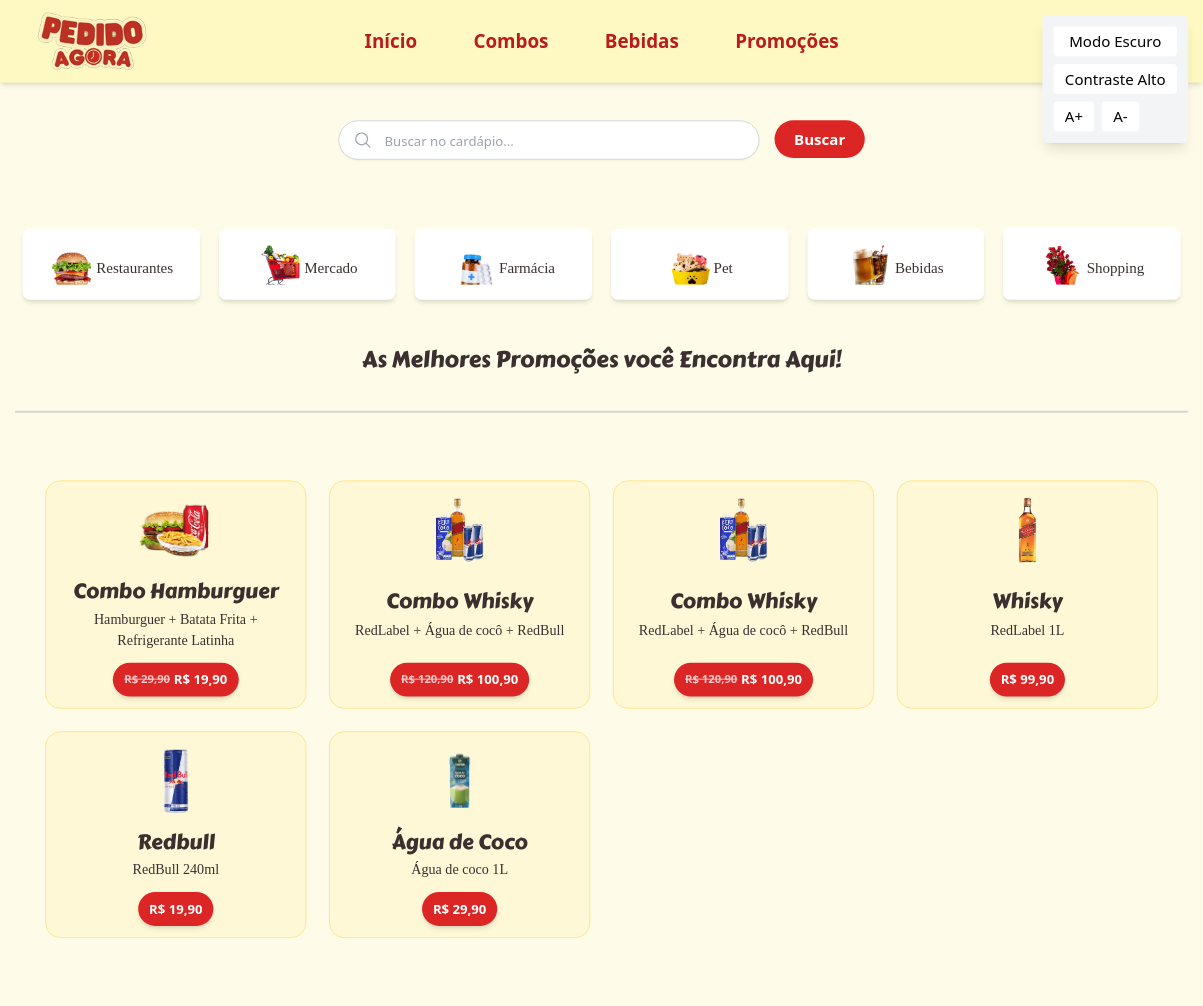
Repository: edufilhocruz/pedidoagora
Page: /pagePromocoes
The author's editor kept a copy of each file at every save. The page is drawn from the files as they stood at one save, then again after the next save.
The browser window is 1280 px wide. The pictures show the whole page, at 94% of full size.
Some web fonts or font styles are not loaded; a fallback is used. The project was rebuilt for these pictures with package versions that can differ from the ones it lists, and the page was loaded fresh each time. The framework's server and built-in components were replaced by stand-ins that run in the browser. Also part of the build but not shown: next.config.mjs, src/components/CardsRestaurantes.jsx.

Above is the page before, as saved 2025-06-21 20:55:14.

### src/app/layout.jsx
import "../app/globals.css";
import ThemeAndAccessibility from "../components/ThemeAndAccessibility";

export const metadata = {
  title: "Pedido Agora",
  description: "Faça seu pedido agora!",
};

export default function RootLayout({ children }) {
  return (
    <html lang="pt-BR" suppressHydrationWarning>
      <head>
        <link
          href="https://fonts.googleapis.com/css2?family=Quicksand:wght@400&family=Carter+One&family=RocknRoll+One&family=Paytone+One&family=Inter:wght@400;700&display=swap"
          rel="stylesheet"
        />
      </head>
      <body className="antialiased bg-yellow-50 text-black dark:bg-gray-900 dark:text-white">
        <ThemeAndAccessibility />
        {children}
      </body>
    </html>
  );
}

### src/app/pagePromocoes/page.jsx
'use client';

import PagePromocoes from '../../components/PagePromocoes/PagePromocoes';
import Header from '../../components/Header';

export default function pagePromocoes(){
    return(
        <main>
            <Header/>
            <PagePromocoes/>
        </main>
    )
}

### src/app/globals.css
@import url("https://fonts.googleapis.com/css2?family=Carter+One&family=Inter:wght@500&family=Lisu+Bosa&family=Paytone+One&family=Quicksand:wght@400;500&family=RocknRoll_One&family=Roboto:wght@500;600&family=Squada+One&display=swap");

@tailwind base;
@tailwind components;
@tailwind utilities;

body {
  margin: 0;
  padding: 0;
}

.login {
  background-image: url("/images/background-pattern.png");
  background-repeat: repeat;
  background-color: #eedd97;
  transition: background-color 0.3s, color 0.3s;
}
.cadastroform {
  background-image: url("/images/background-pattern.png");
  background-repeat: repeat;
  background-color: #eedd97;
  transition: background-color 0.3s, color 0.3s;
}
.space-y-50 > * + * {
  margin-top: 50px;
}

/* Outras personalizações, se necessário */
.focus\:outline-none:focus {
  outline: 2px solid transparent;
}

input[type="range"] {
  -webkit-appearance: none;
  appearance: none;
  height: 12px;
  border-radius: 6px;
  outline: none;
}

input[type="range"]::-webkit-slider-thumb {
  -webkit-appearance: none;
  appearance: none;
  width: 36.48px;
  height: 40.54px;
  background: #ef2a39;
  border: 3px solid #ffffff;
  box-shadow: 0px 2px 25px rgba(255, 153, 0, 0.25);
  border-radius: 4px;
  cursor: pointer;
}

input[type="range"]::-moz-range-thumb {
  width: 36.48px;
  height: 40.54px;
  background: #ef2a39;
  border: 3px solid #ffffff;
  box-shadow: 0px 2px 25px rgba(255, 153, 0, 0.25);
  border-radius: 4px;
  cursor: pointer;
}

.no-scrollbar::-webkit-scrollbar {
  display: none;
}

.no-scrollbar {
  -ms-overflow-style: none;
  scrollbar-width: none;
}

### src/components/ThemeAndAccessibility.jsx
'use client';

import { useEffect, useState } from 'react';

export default function ThemeAndAccessibility() {
  const [isDarkMode, setIsDarkMode] = useState(false);
  const [highContrast, setHighContrast] = useState(false);
  const [fontSize, setFontSize] = useState(100); // em %

  const toggleDarkMode = () => {
    const newMode = !isDarkMode;
    setIsDarkMode(newMode);
    document.documentElement.classList.toggle('dark', newMode);
  };

  const toggleHighContrast = () => {
    const newContrast = !highContrast;
    setHighContrast(newContrast);
    document.documentElement.classList.toggle('high-contrast', newContrast);
  };

  const increaseFontSize = () => {
    const newSize = fontSize + 10;
    setFontSize(newSize);
    document.documentElement.style.fontSize = `${newSize}%`;
  };

  const decreaseFontSize = () => {
    const newSize = Math.max(80, fontSize - 10);
    setFontSize(newSize);
    document.documentElement.style.fontSize = `${newSize}%`;
  };

  // Reset para garantir que a fonte seja aplicada na primeira renderização
  useEffect(() => {
    document.documentElement.style.fontSize = `${fontSize}%`;
  }, [fontSize]);

  return (
    <div className="fixed top-4 right-4 z-50 flex flex-col space-y-2 bg-gray-100 dark:bg-gray-800 p-3 rounded-md shadow-lg">
      <button
        onClick={toggleDarkMode}
        className="bg-white dark:bg-gray-700 text-black dark:text-white px-3 py-1 rounded hover:bg-gray-200 dark:hover:bg-gray-600"
      >
        {isDarkMode ? 'Modo Claro' : 'Modo Escuro'}
      </button>
      <button
        onClick={toggleHighContrast}
        className="bg-white dark:bg-gray-700 text-black dark:text-white px-3 py-1 rounded hover:bg-gray-200 dark:hover:bg-gray-600"
      >
        {highContrast ? 'Contraste Normal' : 'Contraste Alto'}
      </button>
      <div className="flex space-x-2">
        <button
          onClick={increaseFontSize}
          className="bg-white dark:bg-gray-700 text-black dark:text-white px-3 py-1 rounded hover:bg-gray-200 dark:hover:bg-gray-600"
        >
          A+
        </button>
        <button
          onClick={decreaseFontSize}
          className="bg-white dark:bg-gray-700 text-black dark:text-white px-3 py-1 rounded hover:bg-gray-200 dark:hover:bg-gray-600"
        >
          A-
        </button>
      </div>
    </div>
  );
}

### src/components/PagePromocoes/PagePromocoes.jsx
import { MagnifyingGlassIcon } from '@heroicons/react/24/solid';
import Cards from '../CardsRestaurantes';
import CardsPromocoes from '../PagePromocoes/CardsPromocoes';
import SideBarHeader from '../SideBarHeader';

export default function PopularItems() {

  return (
    <section className="max-w-7xl mx-auto px-4 py-10">
      {/* Barra de Pesquisa */}
      <div className="flex justify-center mb-8">
        <div className="relative w-full max-w-md">
          <MagnifyingGlassIcon className="absolute left-4 top-1/2 transform -translate-y-1/2 text-gray-400 w-5 h-5" />
          <input
            type="text"
            placeholder="Buscar no cardápio..."
            className="w-full pl-12 pr-4 py-2 rounded-full border border-gray-300 shadow-sm focus:outline-none focus:ring-2 focus:ring-red-400 focus:border-transparent placeholder:text-sm"
          />

        </div>
        <div className='ml-4'>
          <button className=" w-24 bg-red-600 text-white font-semibold py-2 rounded-full hover:bg-red-700 transition-colors">
            Buscar
          </button>
        </div>
      </div>

      <div className="mt-16">
        <SideBarHeader/>
      </div>

      <div className="mt-10">
        <h2 className="text-[#3C2F2F] font-['Carter_One'] text-[24px] leading-tight text-center mb-10">
          As Melhores Promoções você Encontra Aqui!
        </h2>
        <hr class="my-10 border-t-2 border-gray-300"></hr>
      </div>
      <div className="">
        <CardsPromocoes/>
      </div>
    </section>
  );
}

### src/components/Header.jsx
'use client';
import { useState } from 'react';
import { Bars3Icon } from '@heroicons/react/24/outline';
import Link from 'next/link';
//import ThemeAndAccessibility from './ThemeAndAccessibility';

export default function Header() {
  const [menuOpen, setMenuOpen] = useState(false);
  const toggleMenu = () => setMenuOpen(!menuOpen);

  return (
    <header className="px-6 py-3 bg-yellow-100 shadow-md">
      <div className="relative flex items-center justify-between h-16 mx-auto max-w-7xl">

        {/* Left: Mobile Menu Icon + Logo */}
        <div className="flex items-center space-x-4 lg:flex-1">
          {/* Mobile menu button */}
          <button onClick={toggleMenu} className="block lg:hidden" aria-label="Abrir menu">
            <Bars3Icon className="w-6 h-6 text-red-700" />
          </button>

          {/* Logo (visível sempre) */}
          <Link href="/" className="flex items-center">
            <img
              src="/images/logo.png"
              alt="Pedido Agora"
              className="w-auto h-16"
            />
          </Link>
        </div>

        {/* Center: Desktop Menu */}
        <nav className="hidden lg:flex justify-center items-center space-x-[60px] text-red-700 font-semibold text-xl">
          <a href="/restaurantes">Início</a>
          <a href="/pageCombo">Combos</a>
          <a href="/pageBebidas">Bebidas</a>
          <a href="/pagePromocoes">Promoções</a>
        </nav>

        {/* Right: User Icon */}
        <div className="flex items-center justify-end lg:flex-1">
          <Link href="/login">
          <button className="py-4 font-semibold text-white transition-colors bg-red-600 rounded-md w-28 hover:bg-red-700">
            Entrar
          </button>
          </Link>
          {/* <ThemeAndAccessibility/> */}
        </div>


      </div>

      {/* Mobile dropdown menu */}
      {menuOpen && (
        <div className="flex flex-col mt-4 space-y-2 font-semibold text-center text-red-700 lg:hidden">
          <a href="/restaurantes" onClick={toggleMenu}>Início</a>
          <a href="/pageCombo" onClick={toggleMenu}>Combos</a>
          <a href="/pageBebidas" onClick={toggleMenu}>Bebidas</a>
          <a href="/pagePromocoes" onClick={toggleMenu}>Promoções</a>
        </div>
      )}
    </header>
  );
}

### src/components/PagePromocoes/CardsPromocoes.jsx

import Link from "next/link";


export default function CardsPromocoes(){
    const items = [
   {
        id: "customize-cheeseburger",
        name: "Combo Hamburguer",
        description: "Hamburguer + Batata Frita + Refrigerante Latinha",
        originalPrice: "R$ 29,90",
        discountPrice: "R$ 19,90",
        image: "/images/combo-hamburger.png"
    },
    {
        id:'combo_de_Bebidas',
        name: 'Combo Whisky',
        description: 'RedLabel + Água de cocô + RedBull',
        originalPrice: "R$ 120,90",
        discountPrice: "R$ 100,90",
        image: "/images/comboBebidas.png"
    },
    {
        id:'combo_de_Bebidas',
        name: 'Combo Whisky',
        description: 'RedLabel + Água de cocô + RedBull',
        originalPrice: "R$ 120,90",
        discountPrice: "R$ 100,90",
        image: "/images/comboBebidas.png"
    },
    {
        id: 'Whisky',
        name: 'Whisky',
        description: 'RedLabel 1L ',
        price: 'R$ 99,90',
        image: '/images/Whisky.png',
    },
    {
        id: 'RedBull',
        name: 'Redbull',
        description: 'RedBull 240ml ',
        price: 'R$ 19,90',
        image: '/images/Redbull.png',
    },
    {
        id: 'Agua de Coco',
        name: 'Água de Coco',
        description: 'Água de coco 1L ',
        price: 'R$ 29,90',
        image: '/images/aguadecoco.png',
    },
    ];


    return(
        <div className="grid grid-cols-1 sm:grid-cols-2 md:grid-cols-3 lg:grid-cols-4 gap-6 p-4 md:p-8">
    {items.map((item, index) => (
        <div
            key={index}
            className="flex justify-center items-center"
        >
            <div className="flex flex-col items-center p-3 bg-amber-200/20 rounded-2xl border border-amber-200 h-full w-full max-w-xs">
                <img
                src={item.image}
                alt={item.name}
                className="mb-3 w-20 h-20 object-contain"
                width={100}
                height={100}
                />
                <div className="text-center flex-grow flex flex-col justify-center">
                    <h3 className="text-[#3C2F2F] font-['Carter_One'] text-[22px] leading-tight mb-1">
                        {item.name}
                    </h3>
                    <p className="text-[#3C2F2F] font-['RocknRoll_One'] text-[15px]">
                        {item.description}
                    </p>
                </div>
                <div className="mt-3">
                    <Link key={index} href={`/${item.id}`}>
                        <button className="bg-red-600 text-white font-bold py-2 px-3 rounded-full shadow-md text-sm flex items-center justify-center space-x-1">
                            {item.originalPrice && (
                                <span className="line-through opacity-75 text-xs">
                                    {item.originalPrice}
                                </span>
                            )}
                            <span>{item.discountPrice || item.price}</span>
                        </button>
                    </Link>
                </div>
            </div>
        </div>
    ))}
</div>
    )
}

### src/components/SideBarHeader.jsx
'use client';

import Image from 'next/image';

export default function SideBarHeader (){
    const items = [
    {
        nome: 'Restaurantes',
        image: '/images/Restaurantes.png',

    },
    {
        nome: 'Mercado',
        image: '/images/Mercado.png',
    },
    {
        nome: 'Farmácia',
        image: '/images/Farmácia.png',
    },
    {
        nome: 'Pet',
        image:'/images/Pet.png',
    },
    {
        nome: 'Bebidas',
        image: '/images/Bebidas.png',
    },
    {
        nome: 'Shopping',
        image: '/images/Shopping.png',
    }
];
    return(
        <div>
                <div className='p-2 gap-5 grid-cols-2  grid md:grid-cols-3 lg:grid-cols-6 justify-center items-center'>
                    {/* <CardContent className=" gap-5 sm:grid-cols-2 md:grid md:grid-cols-3 lg:grid-cols-6 justify-center items-center"> */}
                    {items.map((item, index)=> (
                        <div
                        key={index}
                        className='m-2 lg:m-0 '>
                            <div className=" flex justify-center items-center  bg-white shadow-md rounded-lg p-4 hover:shadow-lg transition duration-300 delay-50 hover:scale-105">
                                <Image
                                src={item.image}
                                alt={item.nome}
                                width={50}
                                height={50}
                                className=" object-cover rounded-lg"
                                />
                                <p className="text-[#3C2F2F] font-['RocknRoll_One'] text-[16px] text-center mt-2">{item.nome}</p>
                                </div>
                            </div>
                    ))}
                </div>
        </div>
    )
};

### tailwind.config.js
/** @type {import('tailwindcss').Config} */
module.exports = {
  // Configuração do darkMode
  darkMode: ["class"],

  content: [
    './src/pages/**/*.{js,ts,jsx,tsx,mdx}',
    './src/components/**/*.{js,ts,jsx,tsx,mdx}',
    './src/app/**/*.{js,ts,jsx,tsx,mdx}',
  ],
  theme: {
    extend: {
      // Cores que a página de pagamento precisa
      colors: {
        'custom-stone': '#3C2F2F',
        'custom-zinc': '#7D7D7D',
        'custom-red-dark': '#C01E1E',
        'custom-red': '#D62424',
        'custom-red-light': '#EF2A39',
        'custom-gray-light': '#F0F0F0',
        'custom-gray-bg': '#F3F4F6',
        'custom-orange': '#FC8A18',
      },
      // TODAS as fontes
      fontFamily: {
        inter: ['Inter', 'sans-serif'],
        quicksand: ['Quicksand', 'sans-serif'],
        rocknroll: ['RocknRoll_One', 'sans-serif'],
        poppins: ['Poppins', 'sans-serif'],
        roboto: ['Roboto', 'sans-serif'],
        paytone: ['"Paytone One"', 'sans-serif'],
      },
    },
  },
  plugins: [],
};

After the next save:
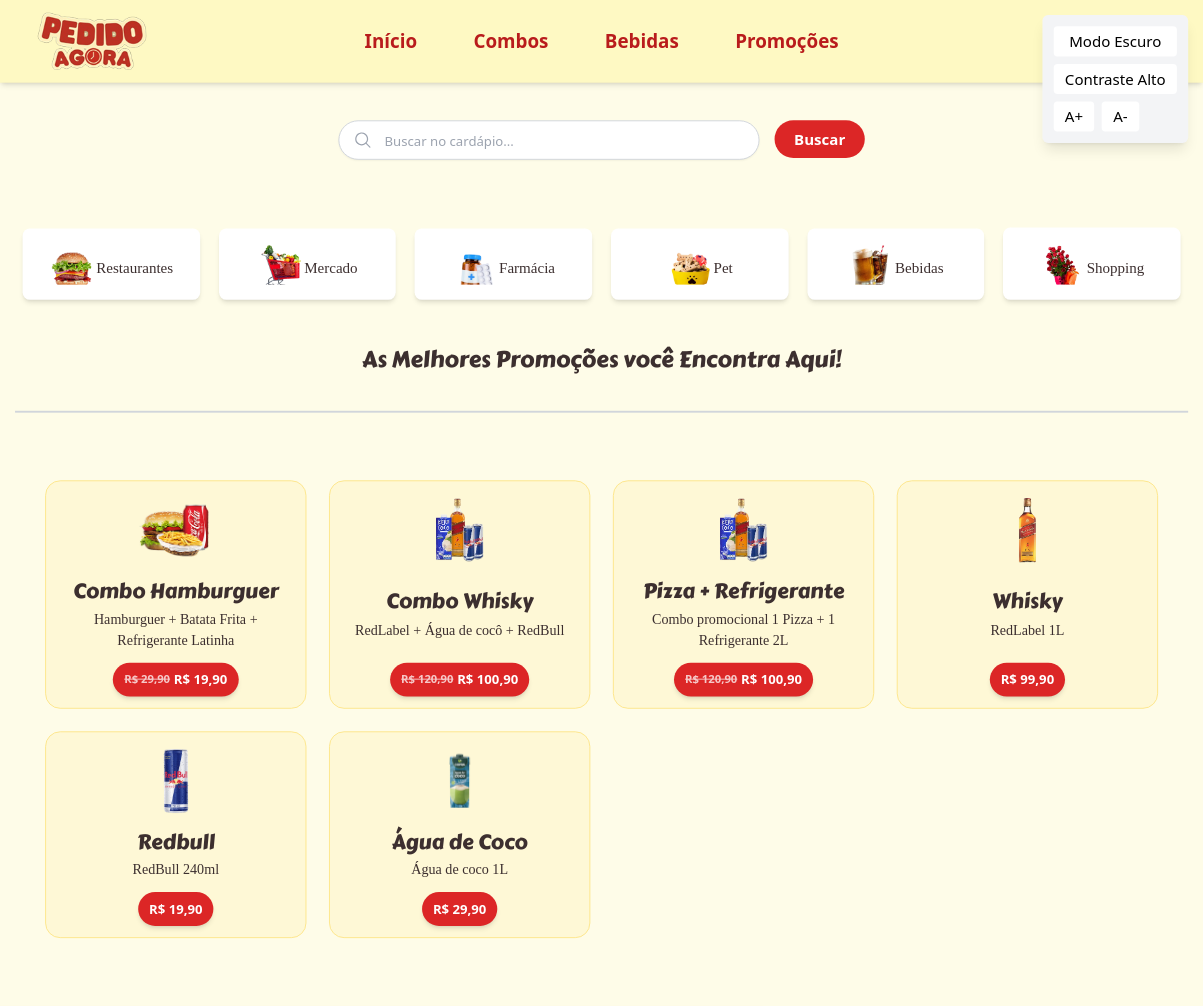
Saved 32 s later.
--- a/src/components/PagePromocoes/CardsPromocoes.jsx
+++ b/src/components/PagePromocoes/CardsPromocoes.jsx
@@ -21,9 +21,10 @@
         image: "/images/comboBebidas.png"
     },
     {
-        id:'combo_de_Bebidas',
-        name: 'Combo Whisky',
-        description: 'RedLabel + Água de cocô + RedBull',
+        id:'ComboPizza',
+        name: 'Pizza + Refrigerante',
+        description: `Combo promocional
+        1 Pizza + 1 Refrigerante 2L`,
         originalPrice: "R$ 120,90",
         discountPrice: "R$ 100,90",
         image: "/images/comboBebidas.png"
